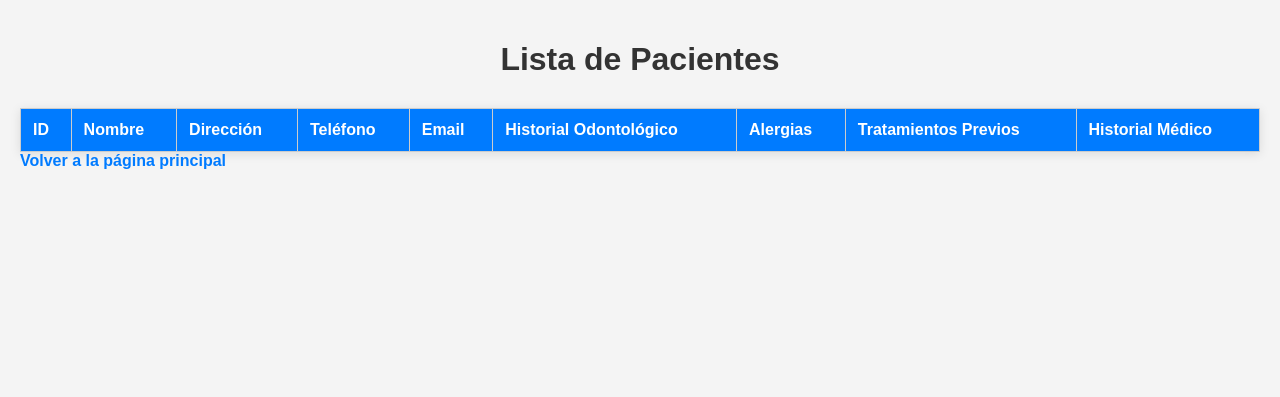
Repository: Aimarvera/LPII_EF_VeraDuran
Page: http://localhost/listarPacientes
An editor plug-in stored every save of this project. The page is shown before and after the next save, followed by the edit.
The browser window is 1280 px wide. The pictures show the whole page.
The page is this project's Thymeleaf template; nobody is signed in. The template is opened directly, without the code that normally fills it, so the values that code supplies are empty.

Above is the page before, as saved 2024-10-24 05:35:31.

### Clinica/src/main/resources/templates/listarPacientes.html
<!DOCTYPE html>
<html xmlns:th="http://www.thymeleaf.org">
<head>
    <meta charset="UTF-8">
    <title>Lista de Pacientes</title>
    <style>
        body {
            font-family: Arial, sans-serif;
            background-color: #f4f4f4;
            margin: 0;
            padding: 20px;
        }

        h1 {
            color: #333;
            text-align: center;
            margin-bottom: 30px; /* Espaciado debajo del título principal */
        }

        table {
            width: 100%; /* Ancho completo para la tabla */
            border-collapse: collapse; /* Colapsar bordes */
            margin: 0 auto; /* Centrar la tabla en la página */
            background-color: white; /* Fondo blanco para la tabla */
            box-shadow: 0 2px 10px rgba(0, 0, 0, 0.1); /* Sombra para la tabla */
        }

        th, td {
            border: 1px solid #ccc; /* Borde gris para celdas */
            padding: 12px; /* Espaciado interno */
            text-align: left; /* Alinear texto a la izquierda */
        }

        th {
            background-color: #007bff; /* Color de fondo azul para el encabezado */
            color: white; /* Color del texto blanco en el encabezado */
        }

        tr:nth-child(even) {
            background-color: #f2f2f2; /* Color de fondo gris claro para filas pares */
        }

        tr:hover {
            background-color: #e9ecef; /* Color de fondo al pasar el mouse */
        }

        a {
            color: #007bff; /* Color del enlace */
            text-decoration: none; /* Sin subrayado */
            font-weight: bold; /* Negrita para el texto del enlace */
        }

        a:hover {
            text-decoration: underline; /* Subrayar al pasar el mouse */
        }
    </style>
</head>
<body>
    <h1>Lista de Pacientes</h1>

    <table>
        <thead>
            <tr>
                <th>ID</th>
                <th>Nombre</th>
                <th>Dirección</th>
                <th>Teléfono</th>
                <th>Email</th>
                <th>Historial Odontológico</th>
                <th>Alergias</th>
                <th>Tratamientos Previos</th>
                <th>Historial Médico</th> <!-- Nueva columna para el historial médico -->
            </tr>
        </thead>
        <tbody>
            <tr th:each="paciente : ${pacientes}">
                <td th:text="${paciente.id}">1</td>
                <td th:text="${paciente.nombre}">John Doe</td>
                <td th:text="${paciente.direccion}">123 Calle Falsa</td>
                <td th:text="${paciente.telefono}">987654321</td>
                <td th:text="${paciente.email}">john.doe@email.com</td>
                <td th:text="${paciente.historialOdontologico}">Sin problemas</td>
                <td th:text="${paciente.alergias}">Ninguna</td>
                <td th:text="${paciente.tratamientosPrevios}">Limpieza dental</td>
                <td>
                    <a th:href="@{/historial/historial/{id}(id=${paciente.id})}">Ver Historial</a> <!-- Enlace al historial médico -->
                </td>
            </tr>
        </tbody>
    </table>

    <a th:href="@{/}">Volver a la página principal</a>
</body>
</html>

After the next save:
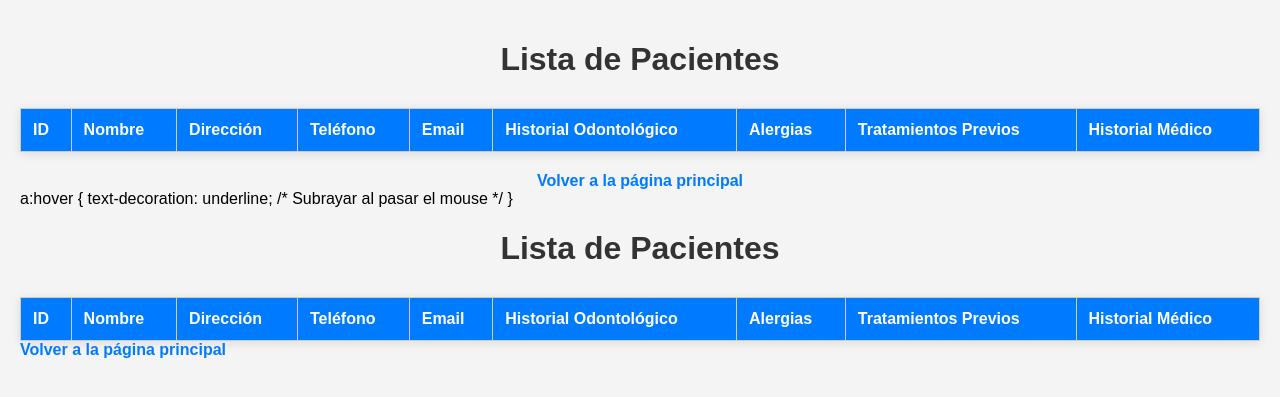
Saved 70 s later.
--- a/Clinica/src/main/resources/templates/listarPacientes.html
+++ b/Clinica/src/main/resources/templates/listarPacientes.html
@@ -53,6 +53,56 @@
         a:hover {
             text-decoration: underline; /* Subrayar al pasar el mouse */
         }
+
+        .center {
+            text-align: center; /* Centrar el texto */
+            margin-top: 20px; /* Espacio arriba del enlace */
+        }
+    </style>
+</head>
+<body>
+    <h1>Lista de Pacientes</h1>
+
+    <table>
+        <thead>
+            <tr>
+                <th>ID</th>
+                <th>Nombre</th>
+                <th>Dirección</th>
+                <th>Teléfono</th>
+                <th>Email</th>
+                <th>Historial Odontológico</th>
+                <th>Alergias</th>
+                <th>Tratamientos Previos</th>
+                <th>Historial Médico</th> <!-- Nueva columna para el historial médico -->
+            </tr>
+        </thead>
+        <tbody>
+            <tr th:each="paciente : ${pacientes}">
+                <td th:text="${paciente.id}">1</td>
+                <td th:text="${paciente.nombre}">John Doe</td>
+                <td th:text="${paciente.direccion}">123 Calle Falsa</td>
+                <td th:text="${paciente.telefono}">987654321</td>
+                <td th:text="${paciente.email}">john.doe@email.com</td>
+                <td th:text="${paciente.historialOdontologico}">Sin problemas</td>
+                <td th:text="${paciente.alergias}">Ninguna</td>
+                <td th:text="${paciente.tratamientosPrevios}">Limpieza dental</td>
+                <td>
+                    <a th:href="@{/historial/historial/{id}(id=${paciente.id})}">Ver Historial</a> <!-- Enlace al historial médico -->
+                </td>
+            </tr>
+        </tbody>
+    </table>
+
+    <div class="center">
+        <a th:href="@{/}">Volver a la página principal</a>
+    </div>
+</body>
+</html>
+
+        a:hover {
+            text-decoration: underline; /* Subrayar al pasar el mouse */
+        }
     </style>
 </head>
 <body>

After the save that followed:
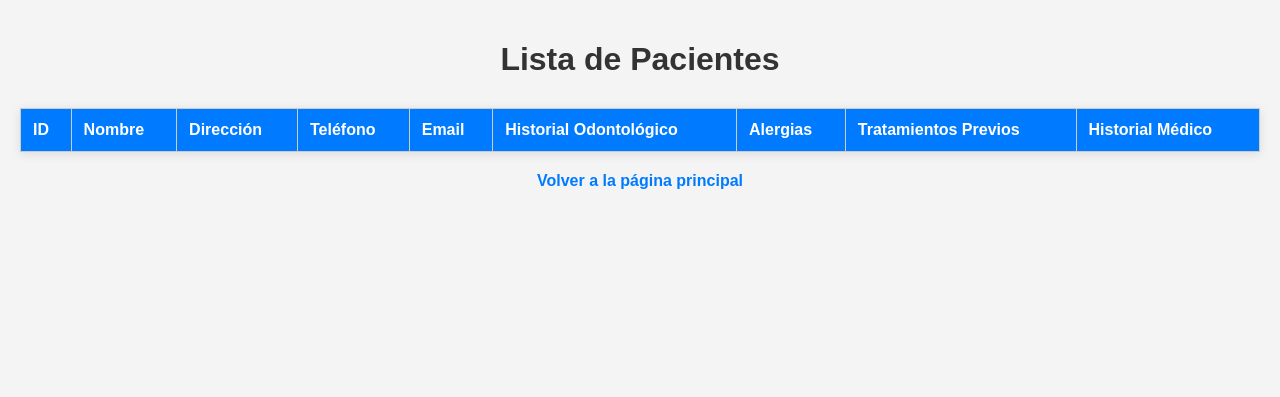
Saved 35 s later.
--- a/Clinica/src/main/resources/templates/listarPacientes.html
+++ b/Clinica/src/main/resources/templates/listarPacientes.html
@@ -99,46 +99,3 @@
     </div>
 </body>
 </html>
-
-        a:hover {
-            text-decoration: underline; /* Subrayar al pasar el mouse */
-        }
-    </style>
-</head>
-<body>
-    <h1>Lista de Pacientes</h1>
-
-    <table>
-        <thead>
-            <tr>
-                <th>ID</th>
-                <th>Nombre</th>
-                <th>Dirección</th>
-                <th>Teléfono</th>
-                <th>Email</th>
-                <th>Historial Odontológico</th>
-                <th>Alergias</th>
-                <th>Tratamientos Previos</th>
-                <th>Historial Médico</th> <!-- Nueva columna para el historial médico -->
-            </tr>
-        </thead>
-        <tbody>
-            <tr th:each="paciente : ${pacientes}">
-                <td th:text="${paciente.id}">1</td>
-                <td th:text="${paciente.nombre}">John Doe</td>
-                <td th:text="${paciente.direccion}">123 Calle Falsa</td>
-                <td th:text="${paciente.telefono}">987654321</td>
-                <td th:text="${paciente.email}">john.doe@email.com</td>
-                <td th:text="${paciente.historialOdontologico}">Sin problemas</td>
-                <td th:text="${paciente.alergias}">Ninguna</td>
-                <td th:text="${paciente.tratamientosPrevios}">Limpieza dental</td>
-                <td>
-                    <a th:href="@{/historial/historial/{id}(id=${paciente.id})}">Ver Historial</a> <!-- Enlace al historial médico -->
-                </td>
-            </tr>
-        </tbody>
-    </table>
-
-    <a th:href="@{/}">Volver a la página principal</a>
-</body>
-</html>
